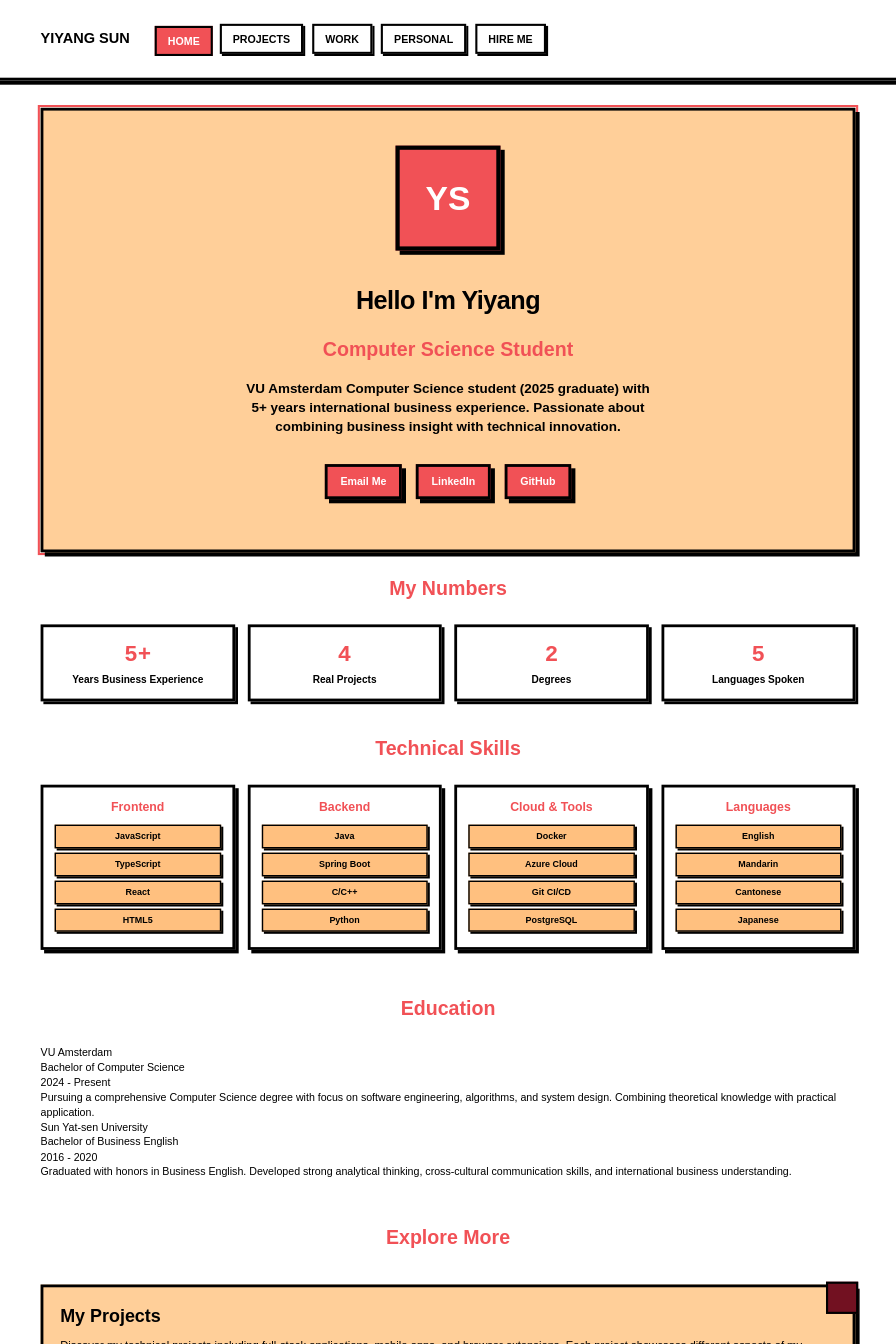
Repository: miloyiyangsun/yiyangsun.github.io
Page: .superdesign/design_iterations/yiyang_home_v2.html
The author's editor kept a copy of each file at every save. The page is drawn from the files as they stood at one save, then again after the next save.
The browser window is 1280 px wide. The pictures show the part of the page from y = 0 to 1920 px (the page is 2588 px tall before and 2610 px after), at 70% of full size.

Above is the page before, as saved 2025-09-03 17:54:20.

After the next save:
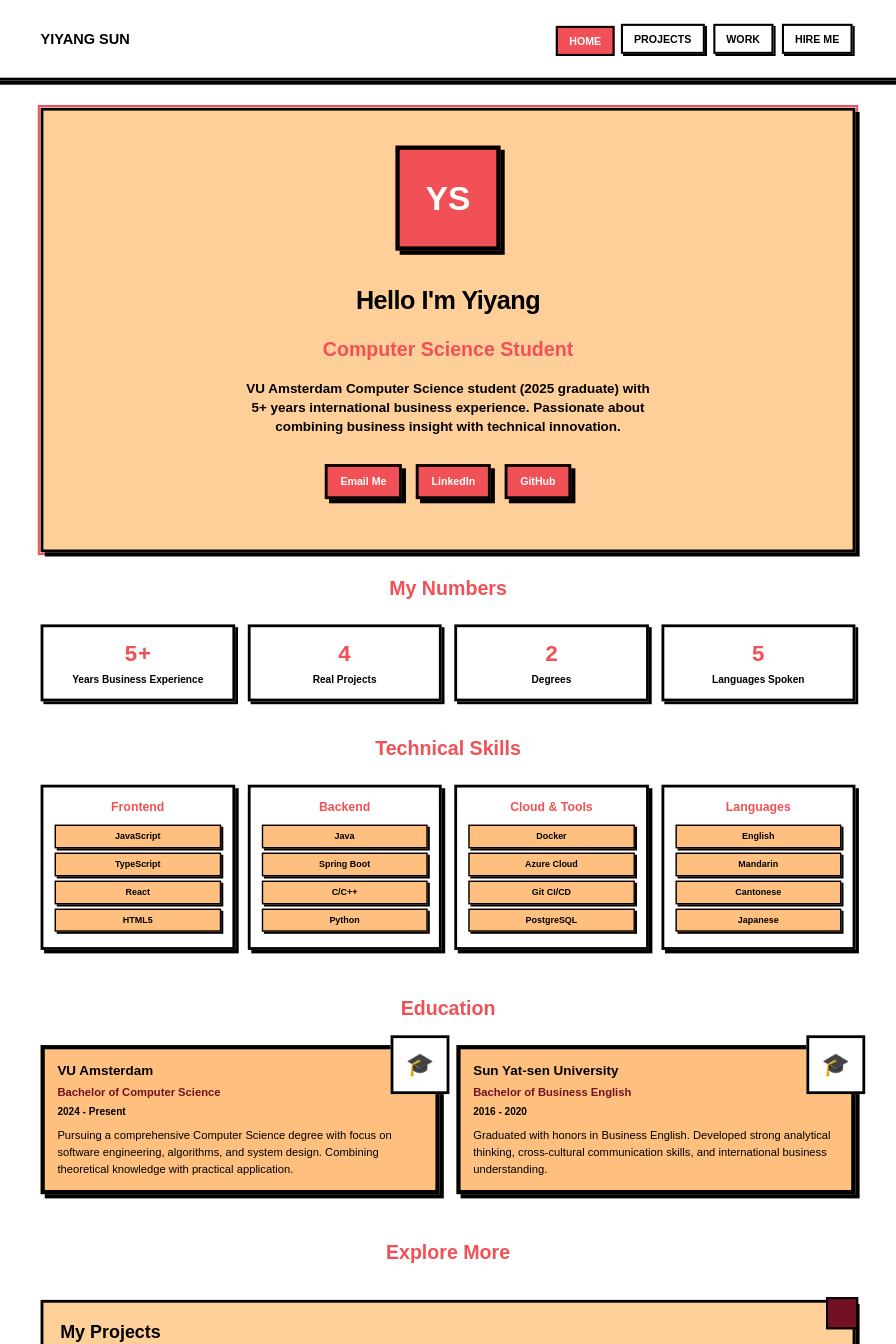
Saved 9 min 27 s later.
--- a/.superdesign/design_iterations/yiyang_home_v2.html
+++ b/.superdesign/design_iterations/yiyang_home_v2.html
@@ -20,6 +20,18 @@
             max-width: 1200px;
             margin: 0 auto;
             padding: 18px;
+        }
+
+        /* Navigation Layout - Right Align */
+        .brutalist-nav .main-container {
+            display: flex;
+            justify-content: space-between;
+            align-items: center;
+        }
+
+        .nav-links {
+            display: flex;
+            gap: 4px;
         }
 
         /* Hero Avatar - Brutalist */
@@ -157,8 +169,70 @@
             font-size: 0.8rem;
         }
 
+        /* Education Section - Brutal */
+        .education-grid {
+            display: grid;
+            grid-template-columns: repeat(auto-fit, minmax(400px, 1fr));
+            gap: 24px;
+            margin: 32px 0;
+        }
+
+        .education-card {
+            background: #FFC07F;
+            border: 6px solid #000000;
+            padding: 18px;
+            box-shadow: 6px 6px 0 #000000;
+            position: relative;
+        }
+
+        .education-card::before {
+            content: '🎓';
+            position: absolute;
+            top: -20px;
+            right: -20px;
+            font-size: 2rem;
+            background: #FFFFFF;
+            border: 4px solid #000000;
+            padding: 8px;
+            width: 60px;
+            height: 60px;
+            display: flex;
+            align-items: center;
+            justify-content: center;
+        }
+
+        .edu-institution {
+            font-size: 1.2rem;
+            font-weight: 900;
+            color: #000000;
+            margin-bottom: 6px;
+        }
+
+        .edu-degree {
+            font-size: 1rem;
+            font-weight: 700;
+            color: #721121;
+            margin-bottom: 6px;
+        }
+
+        .edu-period {
+            font-size: 0.9rem;
+            font-weight: 600;
+            color: #000000;
+            margin-bottom: 12px;
+        }
+
+        .edu-description {
+            font-size: 1rem;
+            line-height: 1.5;
+            font-weight: 500;
+        }
+
         /* Mobile brutal responsive */
         @media (max-width: 768px) {
+            .education-grid {
+                grid-template-columns: 1fr;
+            }
             .skills-brutal-grid {
                 grid-template-columns: repeat(2, 1fr);
                 gap: 12px;
@@ -185,12 +259,13 @@
     <!-- Brutalist Navigation -->
     <nav class="brutalist-nav">
         <div class="main-container">
-            <strong style="font-size: 1.3rem; margin-right: 24px;">YIYANG SUN</strong>
-            <a href="yiyang_home_v2.html" class="brutalist-nav-item active">HOME</a>
-            <a href="yiyang_projects_v2.html" class="brutalist-nav-item">PROJECTS</a>
-            <a href="yiyang_work_v2.html" class="brutalist-nav-item">WORK</a>
-            <a href="yiyang_personal_v2.html" class="brutalist-nav-item">PERSONAL</a>
-            <a href="yiyang_hireme_v2.html" class="brutalist-nav-item">HIRE ME</a>
+            <strong style="font-size: 1.3rem;">YIYANG SUN</strong>
+            <div class="nav-links">
+                <a href="yiyang_home_v2.html" class="brutalist-nav-item active">HOME</a>
+                <a href="yiyang_projects_v2.html" class="brutalist-nav-item">PROJECTS</a>
+                <a href="yiyang_work_v2.html" class="brutalist-nav-item">WORK</a>
+                <a href="yiyang_hireme_v2.html" class="brutalist-nav-item">HIRE ME</a>
+            </div>
         </div>
     </nav>
 
@@ -353,7 +428,6 @@
                     <span class="preview-tag">Sun Yat-sen University</span>
                     <span class="preview-tag">Career Transition</span>
                 </div>
-                <a href="yiyang_personal_v2.html" class="brutalist-button">My Story</a>
             </div> -->
         </section>
 
